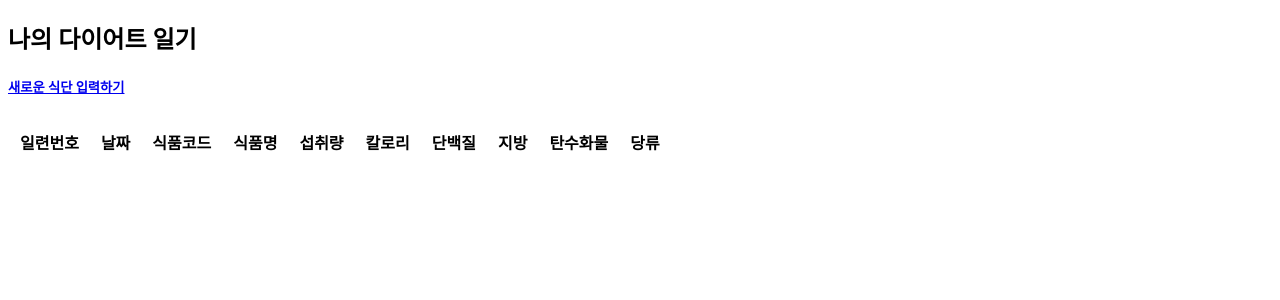
Repository: dkdud8140/OneDayProject_server
Page: http://localhost/Oneday_Server_food/WEB-INF/view/selectall.jsp
An editor plug-in stored every save of this project. The page is shown before and after the next save, followed by the edit.
The browser window is 1280 px wide. The pictures show the whole page.
The page is served by Tomcat 9. Nobody is signed in. Other server files are loaded and not shown. The template is opened directly, without the code that normally fills it, so the values that code supplies are empty.

Above is the page before, as saved 2021-05-10 07:41:34.

### Oneday_Server_food/src/main/webapp/WEB-INF/view/selectall.jsp
<%@ page language="java" contentType="text/html; charset=UTF-8"
    pageEncoding="UTF-8"%>
<%@ taglib uri ="http://java.sun.com/jsp/jstl/core"  prefix="c"  %>
<!DOCTYPE html>
<html>
<head>
<meta charset="UTF-8">
<title>나의 다이어트 일기</title>

<style>
	th,td {padding : 10px;}
</style>

</head>
<body>

	<h2>나의 다이어트 일기</h2>

	<h5><a href = "/diet/insert/selectName">새로운 식단 입력하기</a></h5>







	<table>
		<thead>
			<tr>
				<th>일련번호</th>
				<th>날짜</th>
				<th>식품코드</th>
				<th>식품명</th>
				<th>섭취량</th>
				<th>칼로리</th>
				<th>단백질</th>
				<th>지방</th>
				<th>탄수화물</th>
				<th>당류</th>
			</tr>
		</thead>

		<c:forEach items="${MFLIST}" var="MF">
		<tbody>
			<tr>
				<th>${MF.mf_seq}</th>
				<th>${MF.mf_date}</th>
				<th>${MF.mf_code}</th>
				<th>${MF.mf_name}</th>
				<th>${MF.mf_eat}</th>
				<th>${MF.mf_kcal}</th>
				<th>${MF.mf_protein}</th>
				<th>${MF.mf_fat}</th>
				<th>${MF.mf_car}</th>
				<th>${MF.mf_sugar}</th>
			</tr>
		</tbody>
		</c:forEach>

	</table>



</body>
</html>

After the next save:
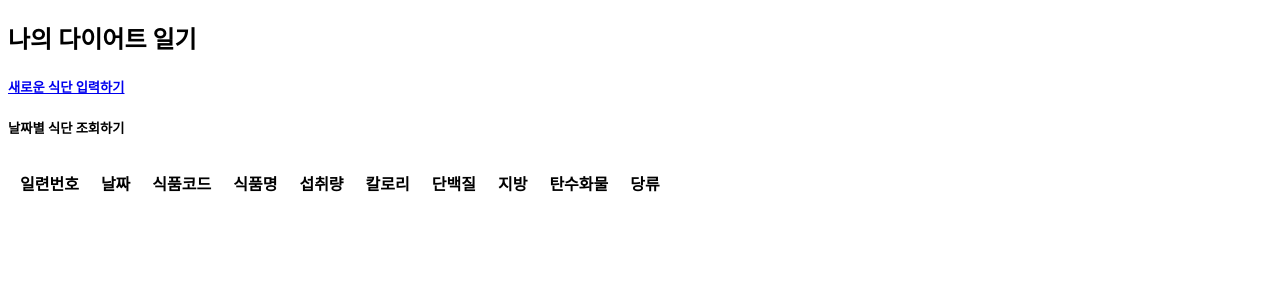
Saved 84 s later.
--- a/Oneday_Server_food/src/main/webapp/WEB-INF/view/selectall.jsp
+++ b/Oneday_Server_food/src/main/webapp/WEB-INF/view/selectall.jsp
@@ -18,6 +18,7 @@
 
 	<h5><a href = "/diet/insert/selectName">새로운 식단 입력하기</a></h5>
 
+	<h5>날짜별 식단 조회하기</h5>
 
 
 
